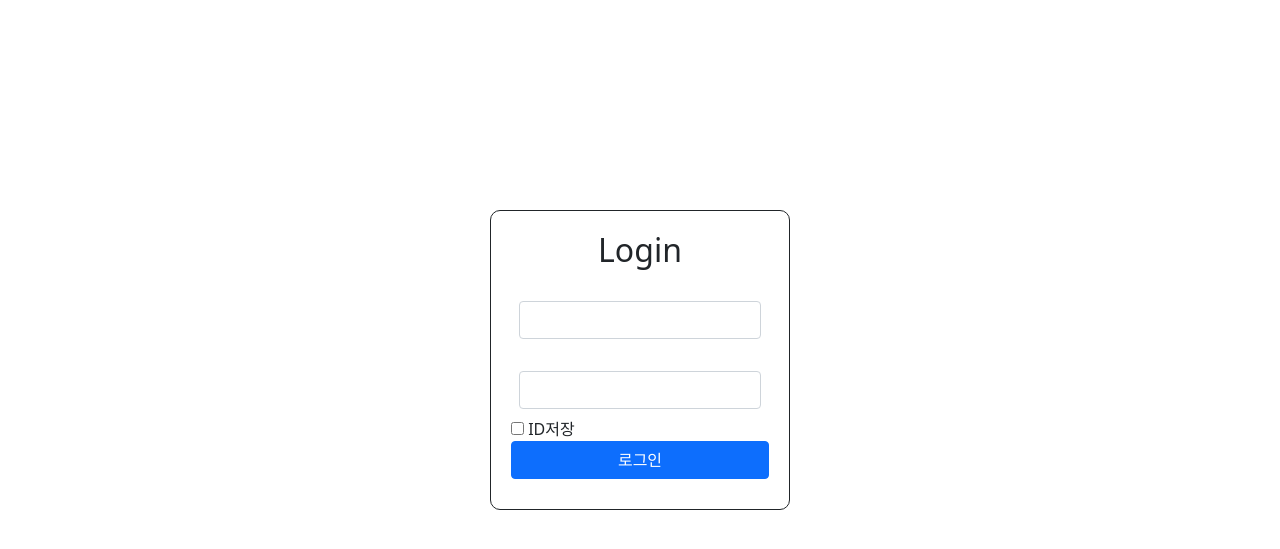
Repository: GotChun/DH_JSP
Page: http://localhost/01_JSP/C07/03/loginProc.jsp
The author's editor kept a copy of each file at every save. The page is drawn from the files as they stood at one save, then again after the next save.
The browser window is 1280 px wide. The pictures show the whole page.
The page is served by Tomcat 9. Other server files are loaded and not shown.

Above is the page before, as saved 2024-10-23 05:27:30.

### 01_JSP/src/main/webapp/C07/03/loginProc.jsp
<%@ page language="java" contentType="text/html; charset=UTF-8"
    pageEncoding="UTF-8"%>
<!DOCTYPE html>
<html>
<head>
<meta charset="UTF-8">
<title>Insert title here</title>

<link href="https://cdn.jsdelivr.net/npm/bootstrap@5.0.2/dist/css/bootstrap.min.css" rel="stylesheet" integrity="sha384-EVSTQN3/azprG1Anm3QDgpJLIm9Nao0Yz1ztcQTwFspd3yD65VohhpuuCOmLASjC" crossorigin="anonymous">
<script src="https://cdn.jsdelivr.net/npm/bootstrap@5.0.2/dist/js/bootstrap.bundle.min.js" integrity="sha384-MrcW6ZMFYlzcLA8Nl+NtUVF0sA7MsXsP1UyJoMp4YLEuNSfAP+JcXn/tWtIaxVXM" crossorigin="anonymous"></script>

</head>
<body>

	<div class="wrapper">
		<header></header>
		<main style="width:100%;height:100vh;display:flex;justify-content:center;align-items:center;">
			<form style="width:300px;height:300px;padding:20px;border:1px solid;border-radius:10px;">
			<div>
				<h2 style="text-align:center;">Login</h2>
			</div>
			<div class="m-2">
				<label for=""></label>
				<input type="text" class="form-control"/>
			</div>
				<div class="m-2">
				<label for=""></label>
				<input type="text" class="form-control"/>
			</div>

			<div>
					<input type="checkbox" class="form-check-label"/>

					<label for="" class="form-check-label">ID저장</label>
			</div>

			<div>
			<button class="btn btn-primary w-100">로그인</button>
			</div>
			</form>

		</main>
		<footer></footer>
	</div>





</body>
</html>

After the next save:
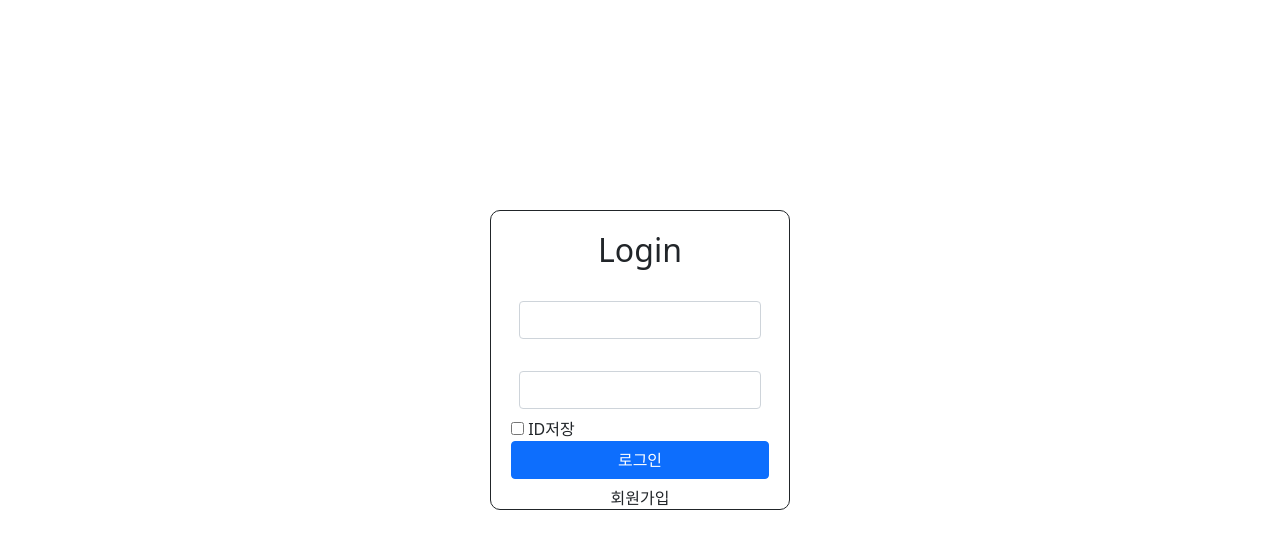
Saved 50 s later.
--- a/01_JSP/src/main/webapp/C07/03/loginProc.jsp
+++ b/01_JSP/src/main/webapp/C07/03/loginProc.jsp
@@ -1,42 +1,51 @@
 <%@ page language="java" contentType="text/html; charset=UTF-8"
-    pageEncoding="UTF-8"%>
+	pageEncoding="UTF-8"%>
 <!DOCTYPE html>
 <html>
 <head>
 <meta charset="UTF-8">
 <title>Insert title here</title>
 
-<link href="https://cdn.jsdelivr.net/npm/bootstrap@5.0.2/dist/css/bootstrap.min.css" rel="stylesheet" integrity="sha384-EVSTQN3/azprG1Anm3QDgpJLIm9Nao0Yz1ztcQTwFspd3yD65VohhpuuCOmLASjC" crossorigin="anonymous">
-<script src="https://cdn.jsdelivr.net/npm/bootstrap@5.0.2/dist/js/bootstrap.bundle.min.js" integrity="sha384-MrcW6ZMFYlzcLA8Nl+NtUVF0sA7MsXsP1UyJoMp4YLEuNSfAP+JcXn/tWtIaxVXM" crossorigin="anonymous"></script>
+<link
+	href="https://cdn.jsdelivr.net/npm/bootstrap@5.0.2/dist/css/bootstrap.min.css"
+	rel="stylesheet"
+	integrity="sha384-EVSTQN3/azprG1Anm3QDgpJLIm9Nao0Yz1ztcQTwFspd3yD65VohhpuuCOmLASjC"
+	crossorigin="anonymous">
+<script
+	src="https://cdn.jsdelivr.net/npm/bootstrap@5.0.2/dist/js/bootstrap.bundle.min.js"
+	integrity="sha384-MrcW6ZMFYlzcLA8Nl+NtUVF0sA7MsXsP1UyJoMp4YLEuNSfAP+JcXn/tWtIaxVXM"
+	crossorigin="anonymous"></script>
 
 </head>
 <body>
 
 	<div class="wrapper">
 		<header></header>
-		<main style="width:100%;height:100vh;display:flex;justify-content:center;align-items:center;">
-			<form style="width:300px;height:300px;padding:20px;border:1px solid;border-radius:10px;">
-			<div>
-				<h2 style="text-align:center;">Login</h2>
-			</div>
-			<div class="m-2">
-				<label for=""></label>
-				<input type="text" class="form-control"/>
-			</div>
+		<main
+			style="width: 100%; height: 100vh; display: flex; justify-content: center; align-items: center;">
+			<form
+				style="width: 300px; height: 300px; padding: 20px; border: 1px solid; border-radius: 10px;">
+				<div>
+					<h2 style="text-align: center;">Login</h2>
+				</div>
 				<div class="m-2">
-				<label for=""></label>
-				<input type="text" class="form-control"/>
-			</div>
+					<label for=""></label> <input type="text" class="form-control" />
+				</div>
+				<div class="m-2">
+					<label for=""></label> <input type="text" class="form-control" />
+				</div>
 
-			<div>
-					<input type="checkbox" class="form-check-label"/>
+				<div>
+					<input type="checkbox" class="form-check-label" /> <label for=""
+						class="form-check-label">ID저장</label>
+				</div>
 
-					<label for="" class="form-check-label">ID저장</label>
-			</div>
-
-			<div>
-			<button class="btn btn-primary w-100">로그인</button>
-			</div>
+				<div>
+					<button class="btn btn-primary w-100">로그인</button>
+				</div>
+				<div>
+					<button class="btn btn-waring w-100">회원가입</button>
+				</div>
 			</form>
 
 		</main>
